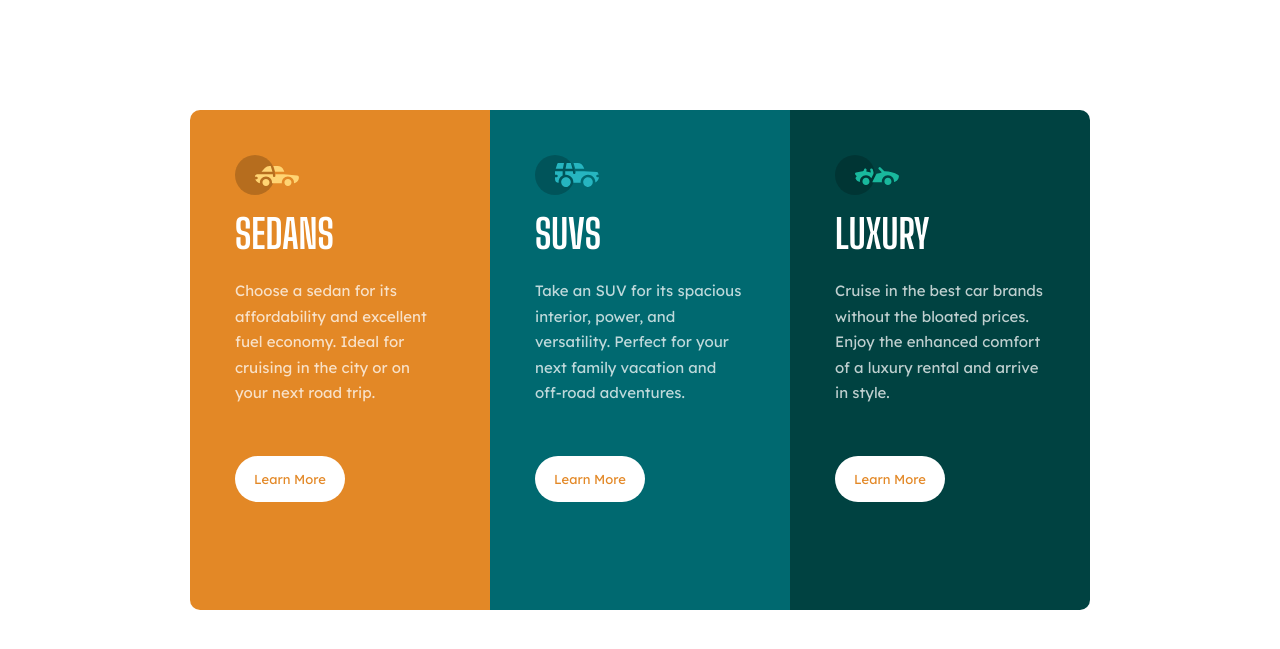
Repository: KamoliddinGIT/column-preview-card
Page: index.html
The author's editor kept a copy of each file at every save. The page is drawn from the files as they stood at one save, then again after the next save.
The browser window is 1280 px wide. The pictures show the whole page.
The pointer rests on the first visible `.card a`.

Above is the page before, as saved 2023-09-15 16:40:08.

### index.html
<!DOCTYPE html>
<html lang="en">
  <head>
    <meta charset="UTF-8" />
    <meta name="viewport" content="width=device-width, initial-scale=1.0" />
    <link
      rel="icon"
      type="image/png"
      sizes="32x32"
      href="./images/favicon-32x32.png"
    />
    <link
      href="https://fonts.googleapis.com/css2?family=Lexend+Deca&display=swap"
      rel="stylesheet"
    />
    <link
      href="https://fonts.googleapis.com/css2?family=Big+Shoulders+Display:wght@400;700&display=swap"
      rel="stylesheet"
    />
    <link rel="stylesheet" href="./css/style.css" />
    <title>3-column preview card component</title>
  </head>
  <body>
    <div class="container">
      <div class="card card__1">
        <img src="./images/icon-sedans.svg" alt="sedans" />
        <h1>SEDANS</h1>
        <p>
          Choose a sedan for its affordability and excellent fuel economy. Ideal
          for cruising in the city or on your next road trip.
        </p>
        <a href="#">Learn More</a>
      </div>
      <div class="card card__2">
        <img src="./images/icon-suvs.svg" alt="suvs" />
        <h1>SUVS</h1>
        <p>
          Take an SUV for its spacious interior, power, and versatility. Perfect
          for your next family vacation and off-road adventures.
        </p>
        <a href="#">Learn More</a>
      </div>
      <div class="card card__3">
        <img src="./images/icon-luxury.svg" alt="icon-luxury" />
        <h1>LUXURY</h1>
        <p>
          Cruise in the best car brands without the bloated prices. Enjoy the
          enhanced comfort of a luxury rental and arrive in style.
        </p>
        <a href="#">Learn More</a>
      </div>
    </div>
  </body>
</html>

### css/style.css
* {
  margin: 0;
  padding: 0;
  box-sizing: border-box;
}

body {
  display: flex;
  justify-content: center;
  align-items: center;
  width: 100%;
  height: 100vh;
}

.container {
  display: flex;
  flex-direction: row;
  border-radius: 10px;
  width: 900px;
  height: 500px;
  color: hsla(0, 0%, 100%, 0.75);
}

.card__1 {
  width: 350px;
  height: 100%;
  background-color: hsl(31, 77%, 52%);
  border-top-left-radius: 10px;
  border-bottom-left-radius: 10px;
  padding: 45px;
}

.card__2 {
  width: 350px;
  height: 100%;
  background-color: hsl(184, 100%, 22%);
  padding: 45px;
}

.card__3 {
  width: 350px;
  height: 100%;
  background-color: hsl(179, 100%, 13%);
  border-top-right-radius: 10px;
  border-bottom-right-radius: 10px;
  padding: 45px;
}

.card {
  padding: 45px;
  display: flex;
  flex-direction: column;
}

.card h1 {
  font-family: "Big Shoulders Display", cursive;
  color: #fff;
  text-transform: uppercase;
  margin-top: 15px;
  margin-bottom: 20px;
  font-size: 40px;
}

.card img {
  width: 64px;
  height: 40px;
}

.card p {
  font-family: "Lexend Deca", sans-serif;
  margin: 0 0 50px;
  font-size: 15px;
  line-height: 1.7;
}

.card a {
  display: flex;
  justify-content: center;
  align-items: center;
  font-size: 13px;
  width: 110px;
  text-decoration: none;
  font-family: "Lexend Deca", sans-serif;
  color: hsl(31, 77%, 52%);
  background: #fff;
  border-radius: 50px;
  padding: 15px 10px;
}

After the next save:
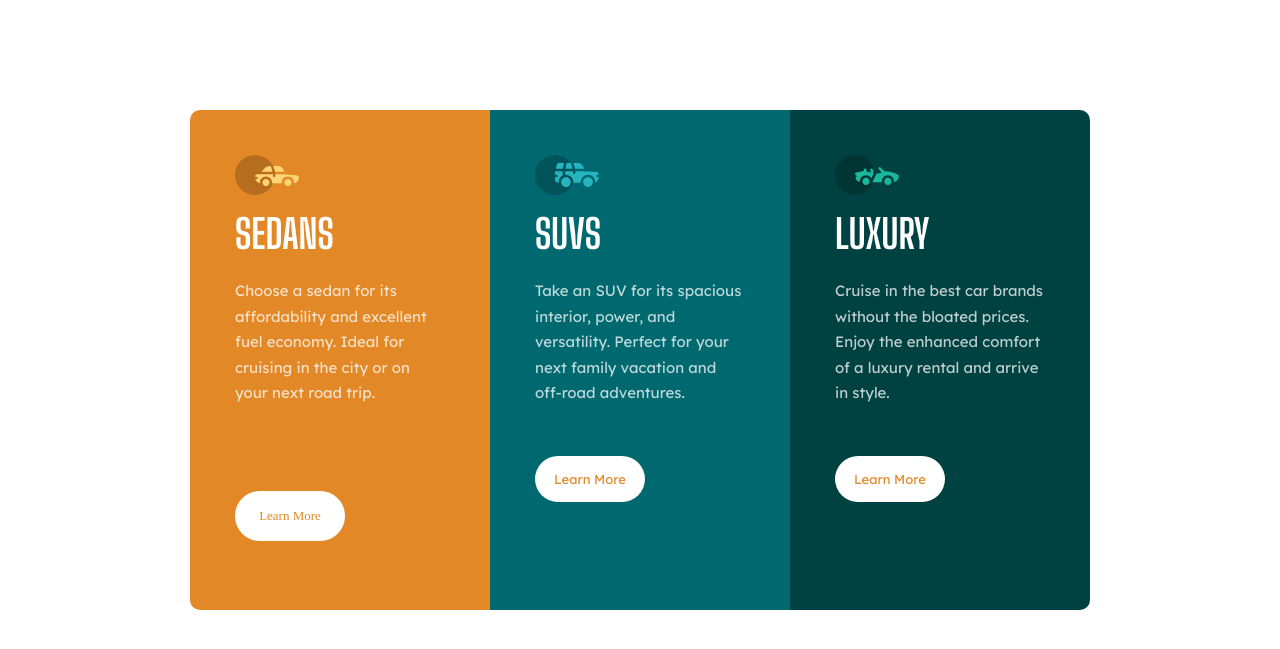
Saved 9 s later.
--- a/css/style.css
+++ b/css/style.css
@@ -86,3 +86,12 @@ body {
   border-radius: 50px;
   padding: 15px 10px;
 }
+
+.card a:hover {
+  border: 2px solid #fff;
+  cursor: pointer;
+  margin-top: 35px;
+  padding: 15px 10px;
+  font-family: inherit;
+  transition: 0.3s ease;
+}
